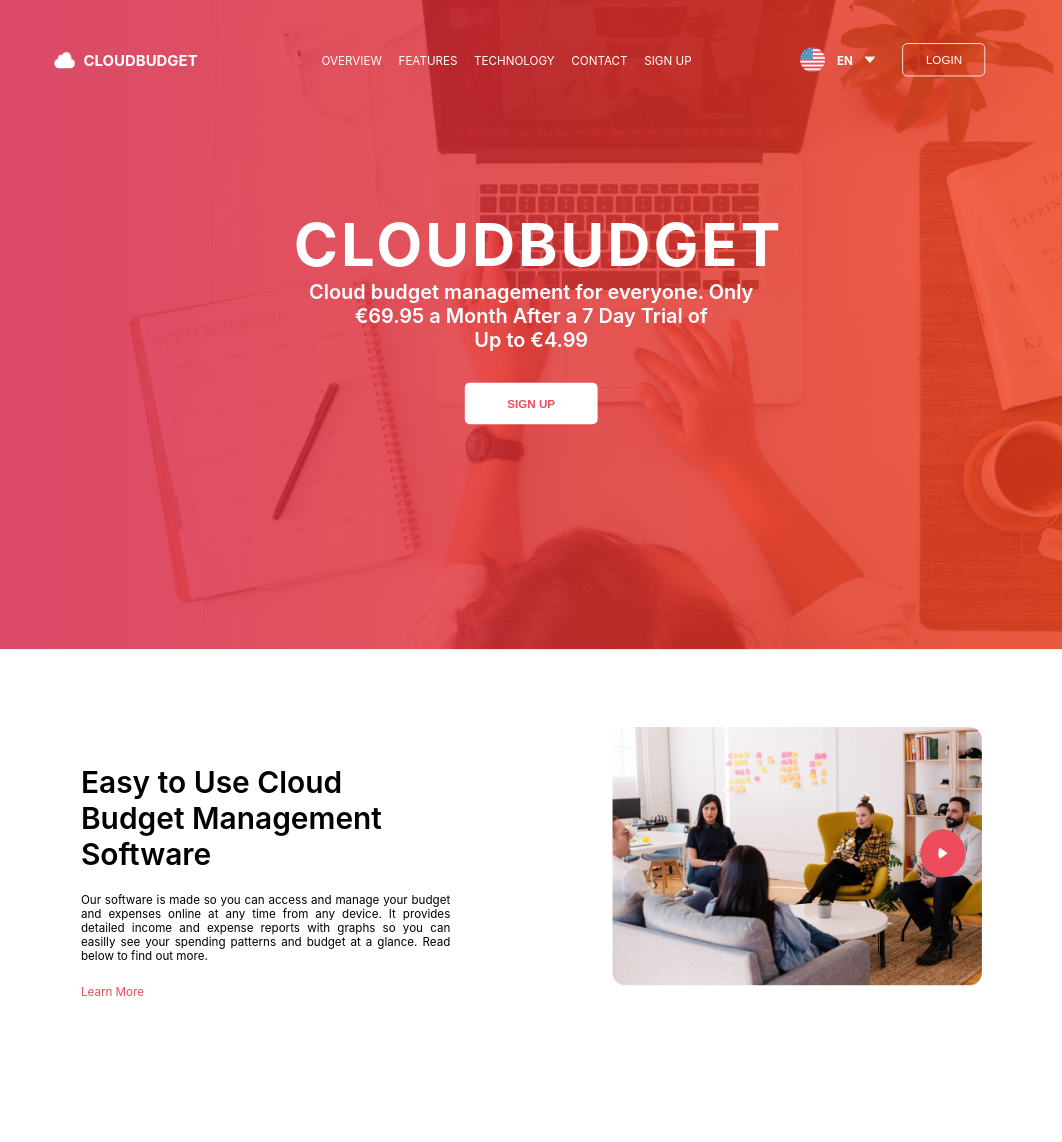
Repository: Ola-22/cloudBudget
Page: /
An editor plug-in stored every save of this project. The page is shown before and after the next save, followed by the edit.
The browser window is 1280 px wide. The pictures show the whole page, at 83% of full size.
The project was rebuilt for these pictures with package versions that can differ from the ones it lists, and the page was loaded fresh each time.

Above is the page before, as saved 2021-09-12 20:48:39.

### src/App.js
import "./App.css";
// import Navbar from "./components/Navbar";
// import MainContent from "./components/MainContent";
// import VideoSection from "./components/VideoSection";
import { Navbar, MainContent, VideoSection } from "./components/component-path";

function App() {
  return (
    <div className="App">
      <div
        className="app-main"
        style={{
          backgroundImage:
            "linear-gradient(90deg, rgba(213, 32, 71, 0.8) 0%, rgba(238, 61, 27, 0.8) 100%),url(/images/bg.png)",
          height: "782px",
        }}
      >
        <Navbar />
        <MainContent />
      </div>
      <VideoSection />
    </div>
  );
}

export default App;

### src/App.css
*{
  margin: 0;
  padding: 0;
  box-sizing: border-box;
}

.app-main{
  /* height: 782px; */
  background-position: center;
  background-repeat: no-repeat;
  background-size: cover;
  position: relative;
}

### src/Components/component-path.js
export { default as Navbar } from "./Navbar";
export { default as MainContent } from "./MainContent";
export { default as VideoSection } from "./VideoSection";
// export { default as MainContent } from "./";

### src/Components/Navbar/index.jsx
import "./style.scss";
import { Link, BrowserRouter as Router } from "react-router-dom";

function Navbar() {
  return (
    <div className="nav-main">
      <div className="nav-box">
        <img src="/images/Vector.png" alt="" />
        <h3>CLOUDBUDGET</h3>
      </div>
      <Router>
        <nav>
          <Link to="/">overview</Link>
          <Link to="/">features</Link>
          <Link to="/">technology</Link>
          <Link to="/">contact</Link>
          <Link to="/">sign up</Link>
        </nav>
      </Router>
      <div style={{ display: "flex", cursor: "pointer" }}>
        <div className="flag-box">
          <img src="/images/flag.png" alt="" />
          <h4>EN</h4>
          <img src="/images/vector2.png" alt="" />
        </div>
        <button>Login</button>
      </div>
    </div>
  );
}

export default Navbar;

### src/Components/MainContent/index.jsx
import "./style.css";

export default function MainContent() {
  return (
    <div className="main-content">
      <h1>CloudBudget</h1>
      <p>
        Cloud budget management for everyone. Only €69.95 a Month After a 7 Day
        Trial of
        <br /> Up to €4.99
      </p>
      <button>sign up</button>
    </div>
  );
}

### src/Components/VideoSection/index.jsx
import "./style.scss";

export default function VideoSection() {
  return (
    <div className="videoMain">
      <div className="video-content">
        <h2>Easy to Use Cloud Budget Management Software</h2>
        <p>
          Our software is made so you can access and manage your budget and
          expenses online at any time from any device. It provides detailed
          income and expense reports with graphs so you can easilly see your
          spending patterns and budget at a glance. Read below to find out more.
        </p>
        <a href="#">Learn More</a>
      </div>
      <div>
        <img src="/images/play.png" alt="" />
        <img src="/images/Video_bg.png" alt="" />
      </div>
    </div>
  );
}

### src/Components/Navbar/style.scss
@import "../../styles/variables.scss";

.nav-main{
  display: flex;
  align-items: center;
  justify-content: space-around;
  padding-top: 52px;
  & >nav{
    display: flex;
    & >a {
      margin-left: 20px;
      text-transform: uppercase;
      color: $whiteColor;
      font-size: 14px;
      text-decoration: none;
    }
  }

  & button{
    width: 100px;
    height: 40px;
    background-color: transparent;
    border-radius: 6px;
    border: 1px solid $whiteColor;
    font-size: 14px;
    text-transform: uppercase;
    color: $whiteColor;
    margin-inline-start: 28.81px;
    margin-inline-end: 28px;
  }
}

.nav-box{
  display: flex;
  // margin-left: 5%;
  & > h3{
    font-size: 18px;
    margin-left: 9.9px;
    color: white;
  }
}

.flag-box{
  display: flex;
  align-items: center;
  width: 96px;
  & > h4{
    font-size: 14px;
    color: $whiteColor;
    margin-inline-start: 13.81px;
    margin-inline-end: 13.81px;
  }
}

### src/Components/MainContent/style.css
.main-content {
  display: -webkit-box;
  display: -ms-flexbox;
  display: flex;
  -webkit-box-align: center;
      -ms-flex-align: center;
          align-items: center;
  -webkit-box-orient: vertical;
  -webkit-box-direction: normal;
      -ms-flex-direction: column;
          flex-direction: column;
  color: #ffffff;
  margin-top: 158px;
}

.main-content > h1 {
  font-size: 72px;
  text-transform: uppercase;
  margin-left: 18px;
  letter-spacing: 0.05em;
}

.main-content > p {
  font-size: 24px;
  width: 540px;
  height: 124px;
  font-weight: 600;
  overflow-wrap: break-word;
  text-align: center;
  margin: 0;
}

.main-content > button {
  background-color: #ffffff;
  border-radius: 6px;
  width: 160px;
  height: 50px;
  font-size: 14px;
  text-transform: uppercase;
  color: #ED4C5C;
  border: none;
  font-weight: 600;
  cursor: pointer;
}
/*# sourceMappingURL=style.css.map */

### src/Components/VideoSection/style.scss
@import "../../styles/variables.scss";

.videoMain{
  display: flex;
  justify-content: space-around;
  margin-top: 94px;
  height: 500px;

  & > div:last-of-type{
    position: relative;
    & img:first-of-type{
      border: 1px solid $btnColor;
      background-color: $btnColor;
      border-radius: 50%;
      padding: 20px;
      // width: 18px;
      position: absolute;
      margin-top: 123px;
      right: 20px;
    }
  }
}

.video-content{
  width: 445px;
  & > h2{
    font-size: 36px;
    line-height: 43px;
    margin-top: 46px;
    font-weight: 600;
  }
  & > p{
    font-size: 14px;
    text-align: justify;
    margin: 24px 0;
  }
  & > a{
    color: $btnColor;
    font-size: 14px;
    text-decoration: none;
  }
}

### src/styles/variables.scss
$whiteColor: #ffffff;
$blackColor: #000000;
$orangeColor: #EE3D1B;
$pinkColor: #D52047;
$btnColor: #ED4C5C;

Loaded but not shown: public/index.html (common file); src/index.js (common file); src/index.css (common file); src/reportWebVitals.js (common file)

After the next save:
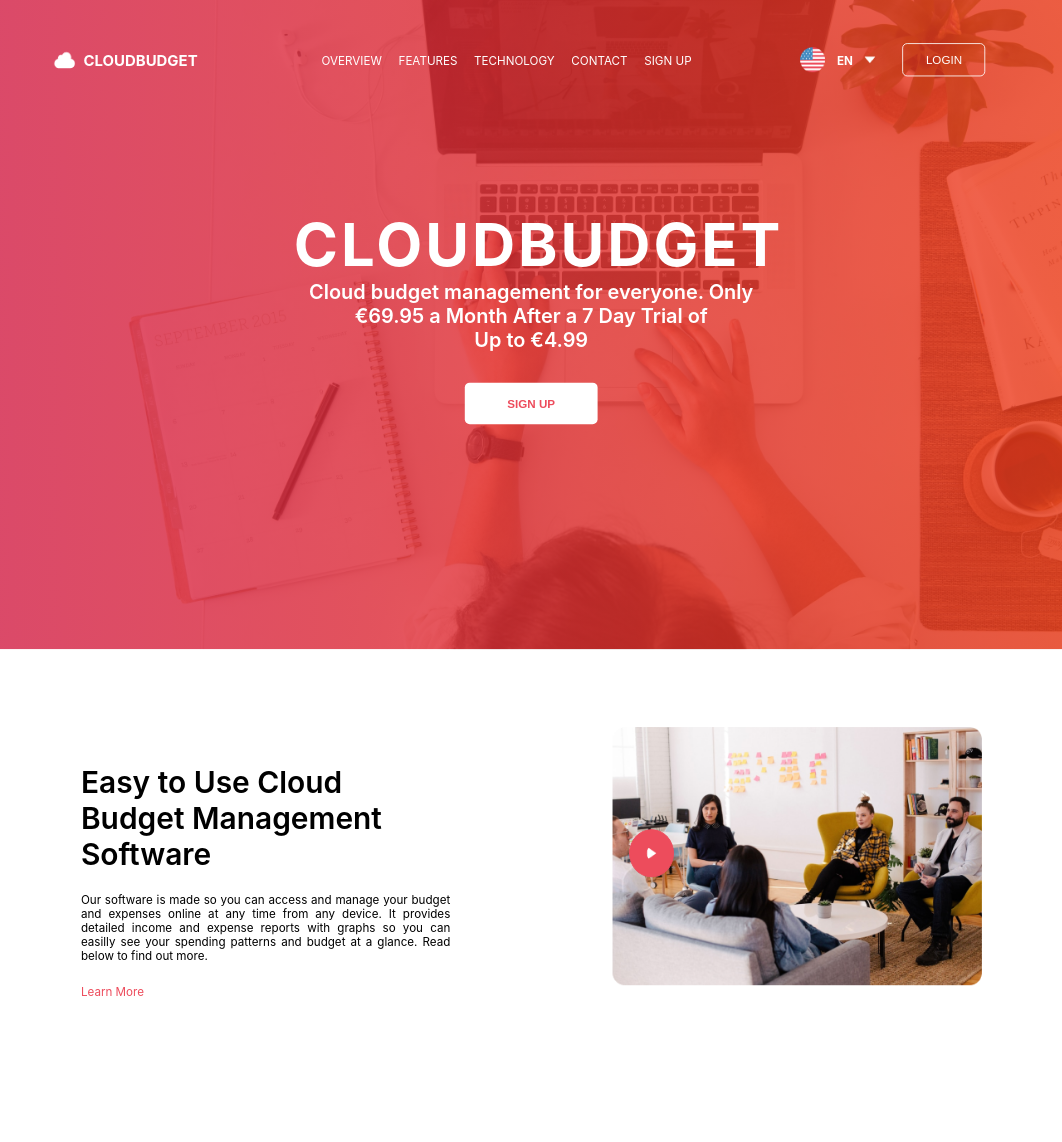
Saved 8 s later.
--- a/src/Components/VideoSection/style.scss
+++ b/src/Components/VideoSection/style.scss
@@ -16,7 +16,7 @@
       // width: 18px;
       position: absolute;
       margin-top: 123px;
-      right: 20px;
+      left: 20px;
     }
   }
 }
